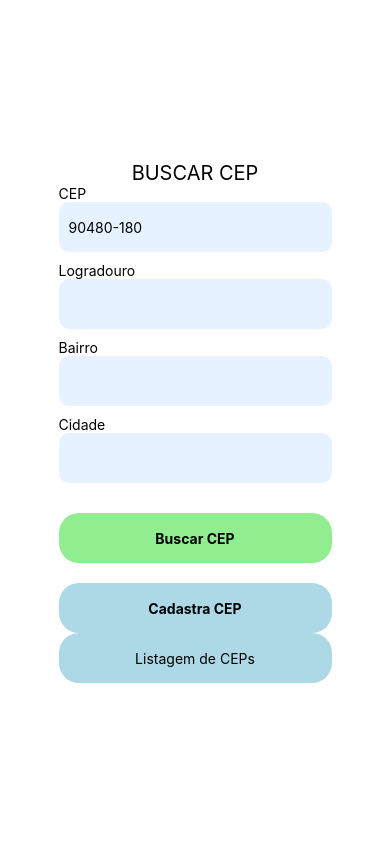
Repository: GustavoMSevero/registerCep
Screen: /
An editor plug-in stored every save of this project. The screen is shown before and after the next save, followed by the edit.
The app was drawn by React Native's web renderer in a window 390 px wide. The project was rebuilt for these pictures with package versions that can differ from the ones it lists, and the page was loaded fresh each time.

Above is the screen before, as saved 2024-09-19 16:48:47.

After the next save:
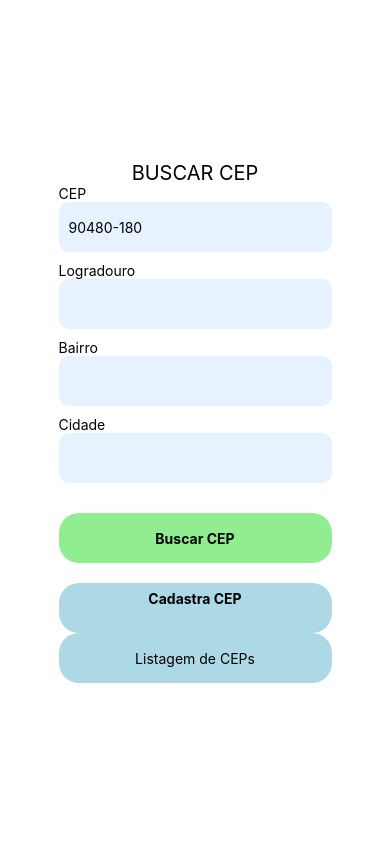
Saved 35 s later.
--- a/App.js
+++ b/App.js
@@ -157,5 +157,9 @@
   },
   textButtonCadastra: {
     fontWeight: "bold",
+    marginBottom: 20,
+  },
+  textButtonListagem: {
+
   }
 });

After the save that followed:
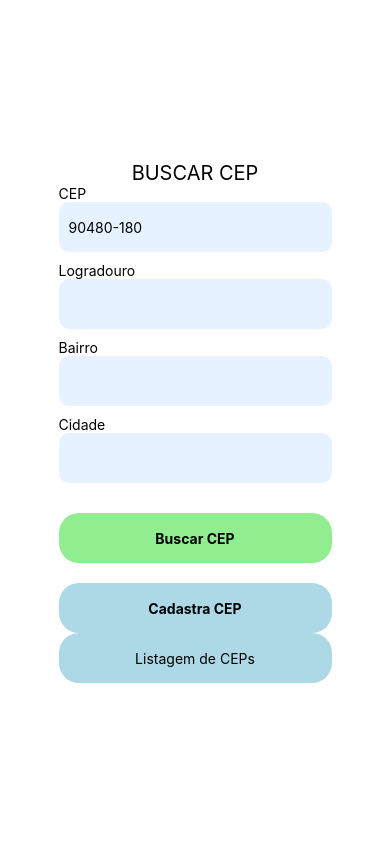
Saved 4 s later.
--- a/App.js
+++ b/App.js
@@ -157,7 +157,6 @@
   },
   textButtonCadastra: {
     fontWeight: "bold",
-    marginBottom: 20,
   },
   textButtonListagem: {
 
